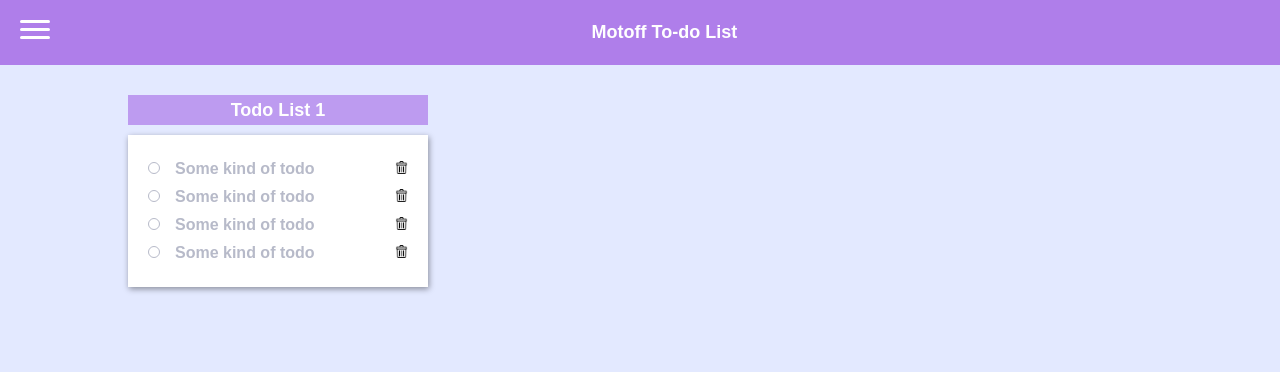
Repository: Amad-Mlinka/Todo-List-Vanilla-JS
Page: index.html
An editor plug-in stored every save of this project. The page is shown before and after the next save, followed by the edit.
The browser window is 1280 px wide. The pictures show the whole page.
The page's requests for data from a server got no answer.

Above is the page before, as saved 2021-09-15 01:20:36.

After the next save:
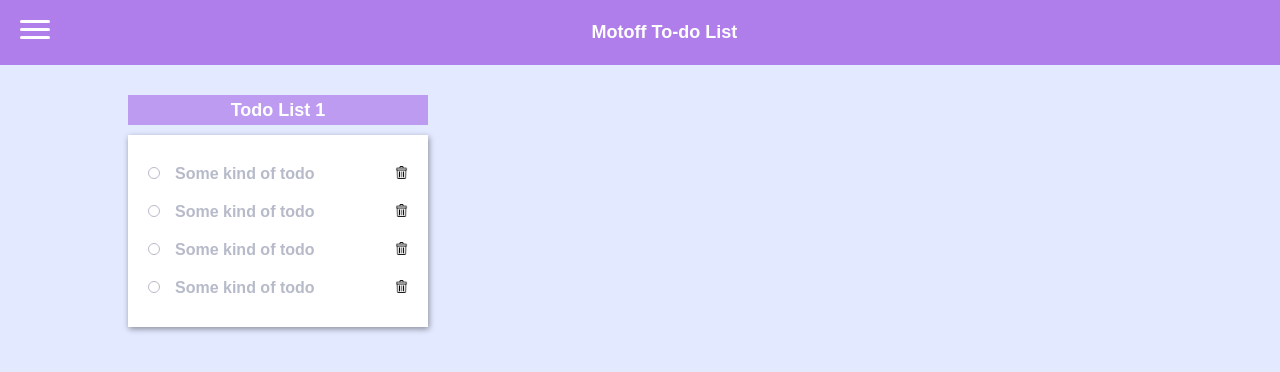
Saved 9 s later.
--- a/styles/style.css
+++ b/styles/style.css
@@ -51,7 +51,7 @@ body {
   display: flex;
   width: 100%;
   justify-content: space-between;
-  margin: 5px 0;
+  margin: 10px 0;
 }
 .checkDescription {
   width: 66%;
